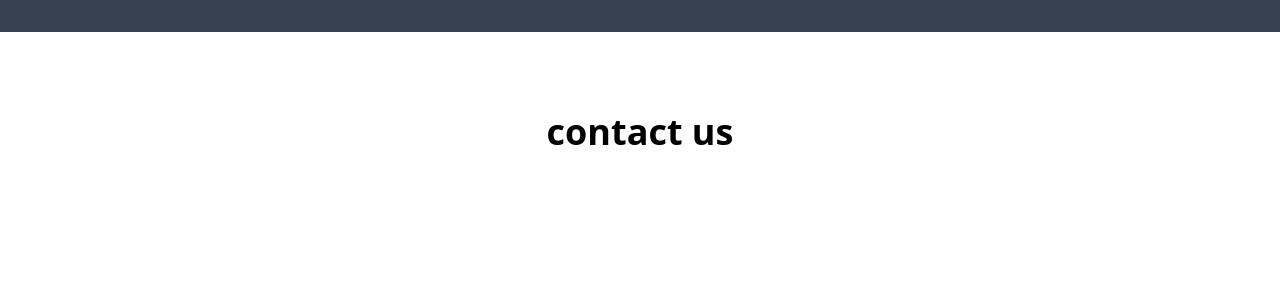
Repository: Ucheobikingsley/movie_catalogue
Page: /contact (app in etap_movie_catalog/)
An editor plug-in stored every save of this project. The page is shown before and after the next save, followed by the edit.
The browser window is 1280 px wide. The pictures show the whole page.
The project was rebuilt for these pictures with package versions that can differ from the ones it lists, and the page was loaded fresh each time. The framework's server and built-in components were replaced by stand-ins that run in the browser. Also part of the build but not shown: etap_movie_catalog/next.config.js.

Above is the page before, as saved 2023-04-30 01:14:12.

After the next save:
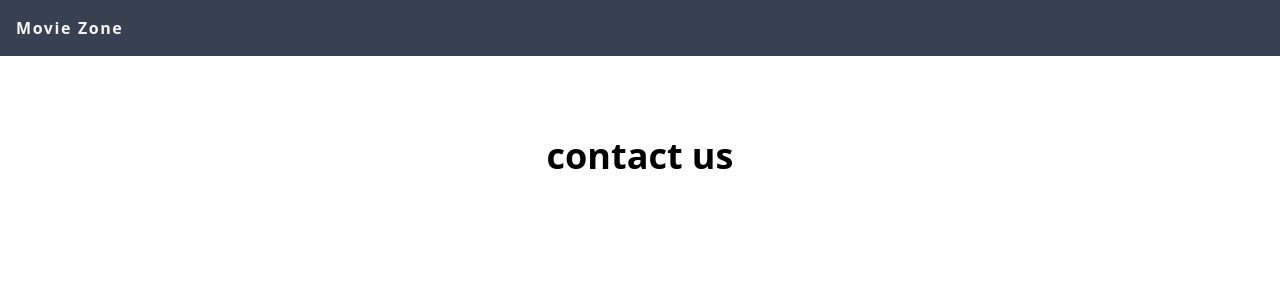
Saved 38 s later.
--- a/etap_movie_catalog/components/Navbar.tsx
+++ b/etap_movie_catalog/components/Navbar.tsx
@@ -6,6 +6,7 @@
     <div className='bg-gray-700 '>
         <div className="font-bold text-neutral-100 p-4 max-w-7xl mx-auto container tracking-widest">
             <Link href="/">
+                <a>Movie <span>Zone</span></a>
             </Link>
 
         </div>
